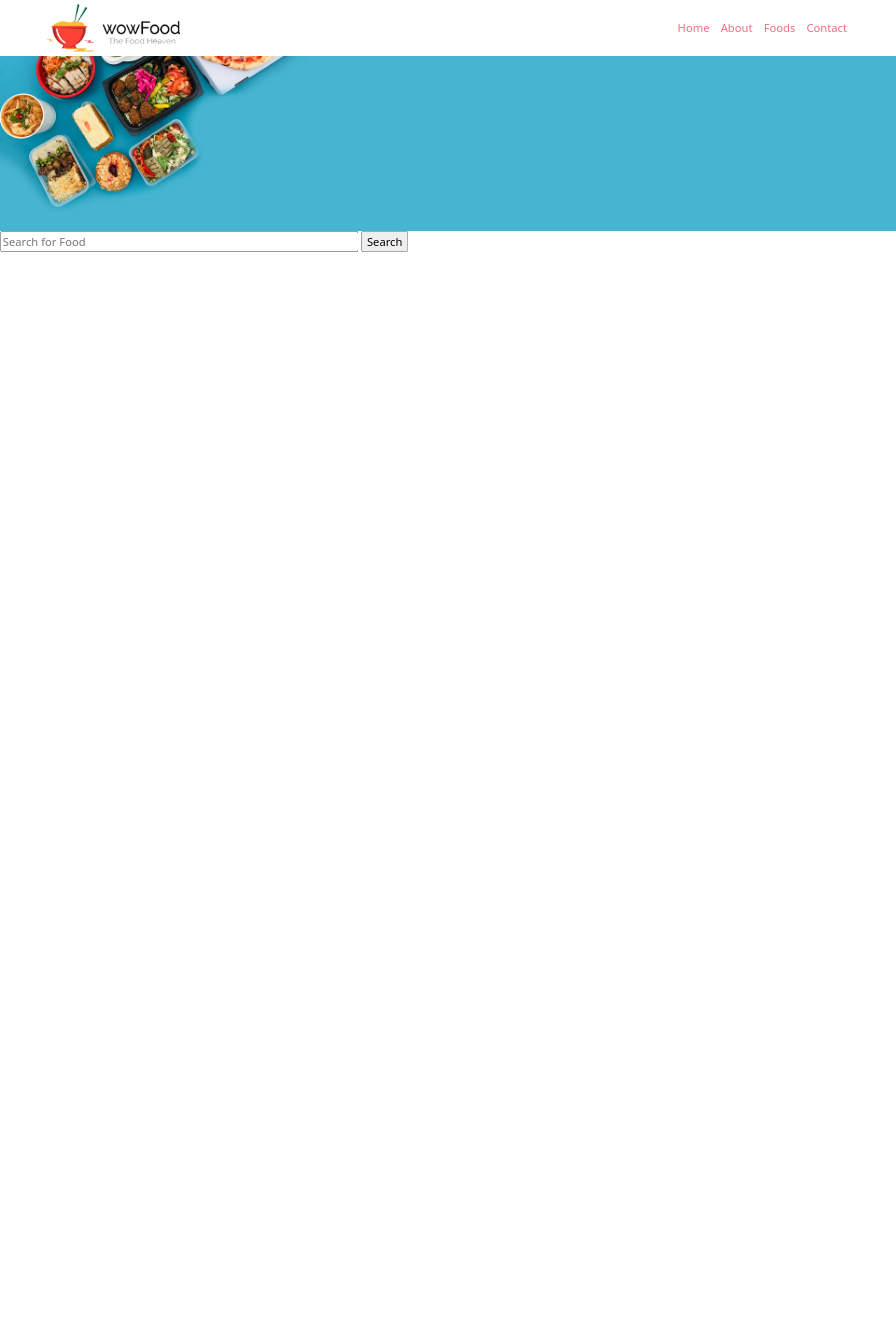
Repository: ruaruababa/RestaurantBS5
Page: html/index.html
The author's editor kept a copy of each file at every save. The page is drawn from the files as they stood at one save, then again after a run of saves.
The browser window is 1280 px wide. The pictures show the part of the page from y = 0 to 1920 px (the page is 3000 px tall), at 70% of full size.

Above is the page before, as saved 2021-09-25 16:57:24.

### html/index.html
<!DOCTYPE html>
<html lang="en">

<head>
    <meta charset="UTF-8" />
    <meta http-equiv="X-UA-Compatible" content="IE=edge" />
    <meta name="viewport" content="width=device-width, initial-scale=1.0" />
    <title>Document</title>
    <link href="https://cdn.jsdelivr.net/npm/bootstrap@5.1.1/dist/css/bootstrap.min.css" rel="stylesheet"
        integrity="sha384-F3w7mX95PdgyTmZZMECAngseQB83DfGTowi0iMjiWaeVhAn4FJkqJByhZMI3AhiU" crossorigin="anonymous" />
    <link rel="stylesheet" href="https://cdn.jsdelivr.net/npm/bootstrap-icons@1.5.0/font/bootstrap-icons.css" />
    <link rel="stylesheet" href="/css/style.css">
</head>

<body>
        <nav class="navbar navbar-expand-lg navbar-light bg-light nav-fixed">
            <div class="container-fluid ">
                <a class="navbar-brand" href="#">
                    <img src="/img/logo.png" alt="">
                </a>
                <button class="navbar-toggler" type="button" data-bs-toggle="collapse"
                    data-bs-target="#navbarSupportedContent" aria-controls="navbarSupportedContent"
                    aria-expanded="false" aria-label="Toggle navigation">
                    <span class="navbar-toggler-icon"></span>
                </button>
                <div class="collapse navbar-collapse" id="navbarSupportedContent">
                    <ul class="navbar-nav ">
                        <li class="nav-item">
                            <a class="nav-link active nav-link-fixed" aria-current="page" href="#">Home</a>
                        </li>
                        <li class="nav-item">
                            <a class="nav-link active nav-link-fixed" aria-current="page" href="#">About</a>
                        </li>
                        <li class="nav-item">
                            <a class="nav-link active nav-link-fixed" aria-current="page" href="#">Foods</a>
                        </li>
                        <li class="nav-item">
                            <a class="nav-link active nav-link-fixed" aria-current="page" href="#">Contact</a>
                        </li>
                    </ul>
                </div>
            </div>
        </nav>

        <!-- End navbar -->

        <section>
            <div class="container-section" style=" position: relative; top: 80px;">
                <img src="/img/bg.jpg" class="img-fluid" alt="Responsive image" style="height:250px; width:100%; object-fit: cover;">
                <form action="" class="form-search" style="width: 100%; position: absolute; ">
                    <input type="text" placeholder="Search for Food" style="width:40%">
                    <input type="button" value="Search">
                </form>
            </div>
        </section>

    <script src="https://cdn.jsdelivr.net/npm/bootstrap@5.1.1/dist/js/bootstrap.bundle.min.js"
        integrity="sha384-/bQdsTh/da6pkI1MST/rWKFNjaCP5gBSY4sEBT38Q/9RBh9AH40zEOg7Hlq2THRZ" crossorigin="anonymous">
    </script>
</body>

</html>

### css/style.css
body{
    height: 3000px!important;
}
.nav-fixed{
    background-color: white!important;
    padding: 0 50px;
    position: fixed;
    width: 100%;
    z-index: 1;
}
.navbar-collapse{
    justify-content: end;
}
.nav-link-fixed{
    text-align: center;
    color: #f56b81!important;
}

After the next 2 saves:
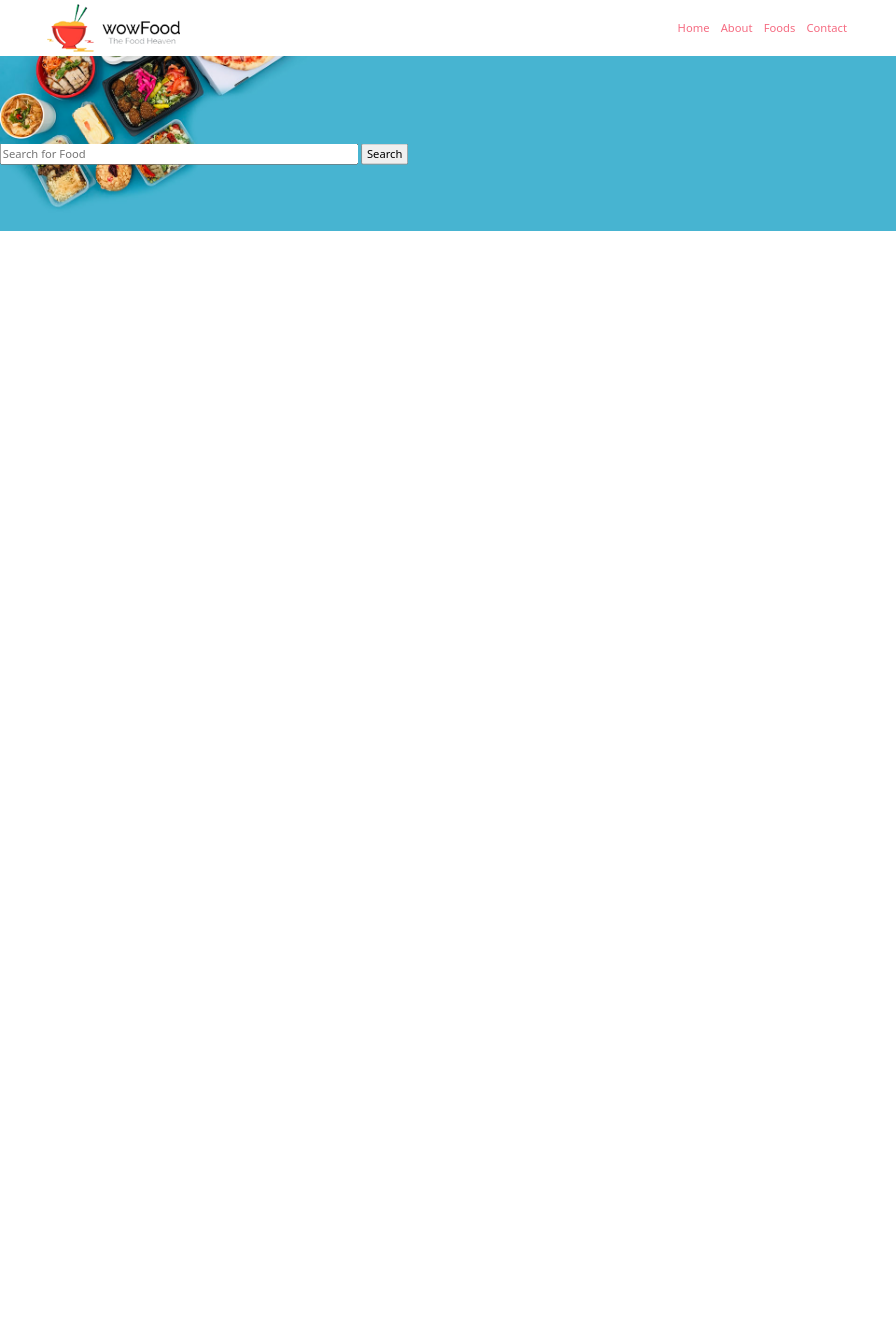
The 2 saves are shown as one change because they came seconds apart.
The last was saved 10 s later.
--- a/html/index.html
+++ b/html/index.html
@@ -47,7 +47,7 @@
         <section>
             <div class="container-section" style=" position: relative; top: 80px;">
                 <img src="/img/bg.jpg" class="img-fluid" alt="Responsive image" style="height:250px; width:100%; object-fit: cover;">
-                <form action="" class="form-search" style="width: 100%; position: absolute; ">
+                <form action="" class="form-search" style="width: 100%; position: absolute; top: 50%;">
                     <input type="text" placeholder="Search for Food" style="width:40%">
                     <input type="button" value="Search">
                 </form>
